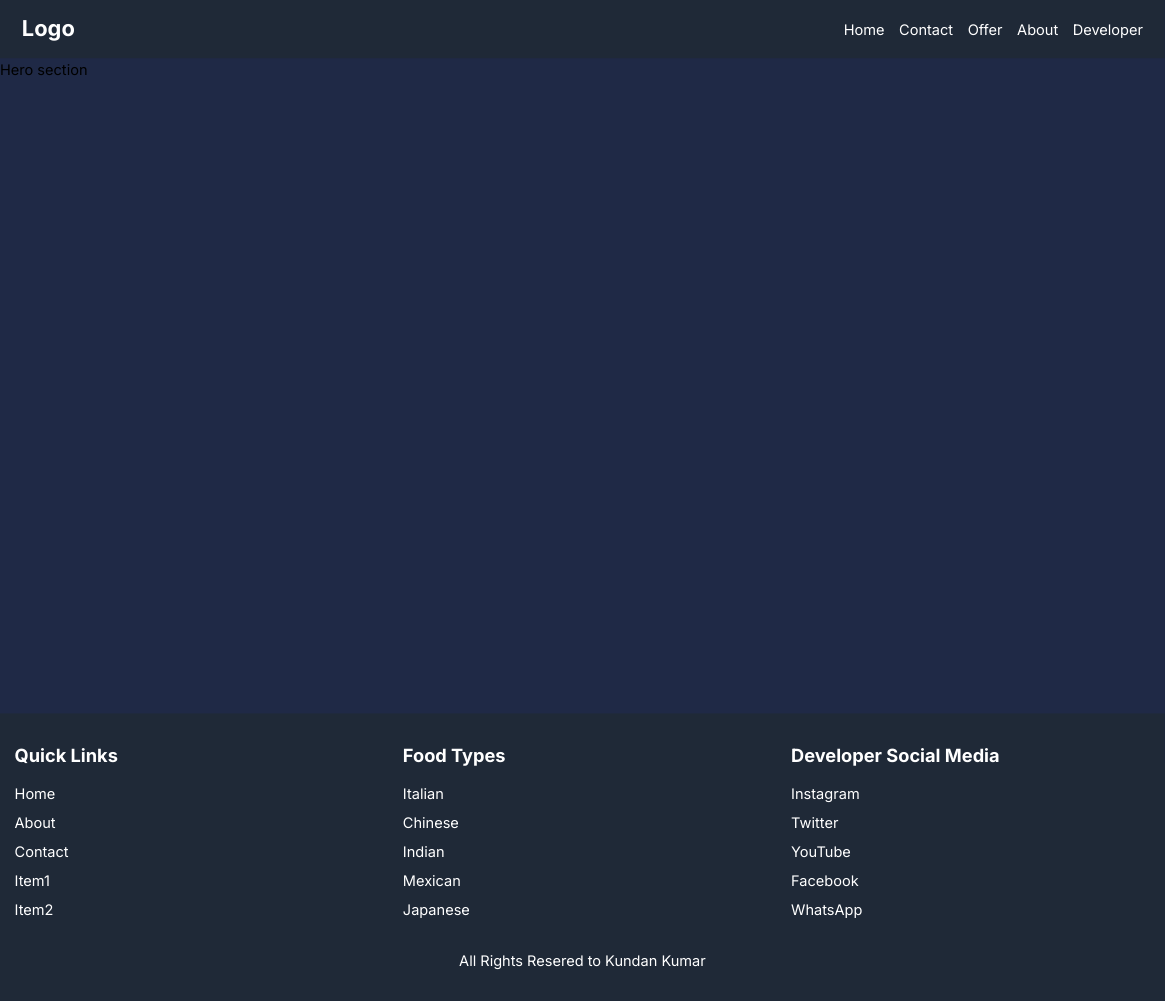
Repository: its-kundan/food-on-time
Page: /
The author's editor kept a copy of each file at every save. The page is drawn from the files as they stood at one save, then again after a run of saves.
The browser window is 1280 px wide. The pictures show the whole page, at 91% of full size.
The project was rebuilt for these pictures with package versions that can differ from the ones it lists, and the page was loaded fresh each time. The framework's server and built-in components were replaced by stand-ins that run in the browser. Also part of the build but not shown: next.config.mjs.

Above is the page before, as saved 2024-07-25 09:07:25.

### src/app/layout.js
import { Inter } from "next/font/google";
import "./globals.css";

import Footer from "./_components/Footer";
import Header from "./_components/Header";

const inter = Inter({ subsets: ["latin"] });

export const metadata = {
  title: "Create Next App",
  description: "Generated by create next app",
};

export default function RootLayout({ children }) {
  return (
    <html lang="en">
      {/* <Header/> */}
      <body className={inter.className}>{children}</body>
      {/* <Footer /> */}
    </html>
  );
}

### src/app/page.js
import Image from "next/image";
import Footer from "./_components/Footer";
import Header from "./_components/Header";

export default function Home() {
  return (
   <main className="bg-grey-800 ">
    <Header/>
    <div className="h-screen w-screen flex"> Hero section</div>
    <Footer/>


   </main>
  );
}

### src/app/globals.css
@tailwind base;
@tailwind components;
@tailwind utilities;
body{
  background-color: rgb(31, 41, 70); /* For background color */
  /* color: white; */
}
/*
:root {
  --foreground-rgb: 0, 0, 0;
  --background-start-rgb: 214, 219, 220;
  --background-end-rgb: 255, 255, 255;
}

@media (prefers-color-scheme: dark) {
  :root {
    --foreground-rgb: 255, 255, 255;
    --background-start-rgb: 0, 0, 0;
    --background-end-rgb: 0, 0, 0;
  }
}

body {
  color: rgb(var(--foreground-rgb));
  background: linear-gradient(
      to bottom,
      transparent,
      rgb(var(--background-end-rgb))
    )
    rgb(var(--background-start-rgb));
}

@layer utilities {
  .text-balance {
    text-wrap: balance;
  }
} */

### src/app/_components/Footer.jsx
import React from 'react';

const Footer = () => {
  return (
    <footer className="bg-gray-800 text-white py-8 mt-auto">
      <div className="container mx-auto px-4">
        <div className="grid grid-cols-1 md:grid-cols-3 gap-8">
          {/* First Column */}
          <div>
            <h3 className="text-xl font-bold mb-4">Quick Links</h3>
            <ul>
              <li className="mb-2"><a href="#">Home</a></li>
              <li className="mb-2"><a href="#">About</a></li>
              <li className="mb-2"><a href="#">Contact</a></li>
              <li className="mb-2"><a href="#">Item1</a></li>
              <li className="mb-2"><a href="#">Item2</a></li>
            </ul>
          </div>

          {/* Second Column */}
          <div>
            <h3 className="text-xl font-bold mb-4">Food Types</h3>
            <ul>
              <li className="mb-2"><a href="#">Italian</a></li>
              <li className="mb-2"><a href="#">Chinese</a></li>
              <li className="mb-2"><a href="#">Indian</a></li>
              <li className="mb-2"><a href="#">Mexican</a></li>
              <li className="mb-2"><a href="#">Japanese</a></li>
            </ul>
          </div>

          {/* Third Column */}
          <div>
            <h3 className="text-xl font-bold mb-4">Developer Social Media</h3>
            <ul>
              <li className="mb-2"><a href="#">Instagram</a></li>
              <li className="mb-2"><a href="#">Twitter</a></li>
              <li className="mb-2"><a href="#">YouTube</a></li>
              <li className="mb-2"><a href="#">Facebook</a></li>
              <li className="mb-2"><a href="#">WhatsApp</a></li>
            </ul>
          </div>
        </div>
        <br/>
        <p className='text-center '> All Rights Resered to Kundan Kumar</p>
      </div>
    </footer>
  );
};

export default Footer;

### src/app/_components/Header.jsx
"use client"
// components/Header.js
import Link from 'next/link';
import { useState } from 'react';

const Header = () => {
  const [isDropdownOpen, setIsDropdownOpen] = useState(false);

  return (
    <header className="bg-gray-800 text-white">
      <div className="container mx-auto flex justify-between items-center py-4 px-6">
        <div className="flex items-center">
          <Link href="/" className="text-2xl font-bold">
            Logo
          </Link>
        </div>
        <nav className="flex space-x-4">
          <Link href="/" className="hover:text-gray-400">
            Home
          </Link>
          <Link href="/contact" className="hover:text-gray-400">
            Contact
          </Link>
          <div className="relative">
            <button
              onClick={() => setIsDropdownOpen(!isDropdownOpen)}
              className="hover:text-gray-400"
            >
              Offer
            </button>
            {isDropdownOpen && (
              <div className="absolute bg-gray-700 text-white mt-2 rounded-md shadow-lg z-10">
                <ul>
                  <li><a href="#" className="block px-4 py-2 hover:bg-gray-600">Offer Item 1</a></li>
                  <li><a href="#" className="block px-4 py-2 hover:bg-gray-600">Offer Item 2</a></li>
                  <li><a href="#" className="block px-4 py-2 hover:bg-gray-600">Offer Item 3</a></li>
                  <li><a href="#" className="block px-4 py-2 hover:bg-gray-600">Offer Item 4</a></li>
                  <li><a href="#" className="block px-4 py-2 hover:bg-gray-600">Offer Item 5</a></li>
                </ul>
              </div>
            )}
          </div>
          <Link href="/about" className="hover:text-gray-400">
            About
          </Link>
          <Link href="/developer" className="hover:text-gray-400">
            Developer
          </Link>
        </nav>
      </div>
    </header>
  );
};

export default Header;

Loaded but not shown: tailwind.config.js (common file)

After the next 2 saves:
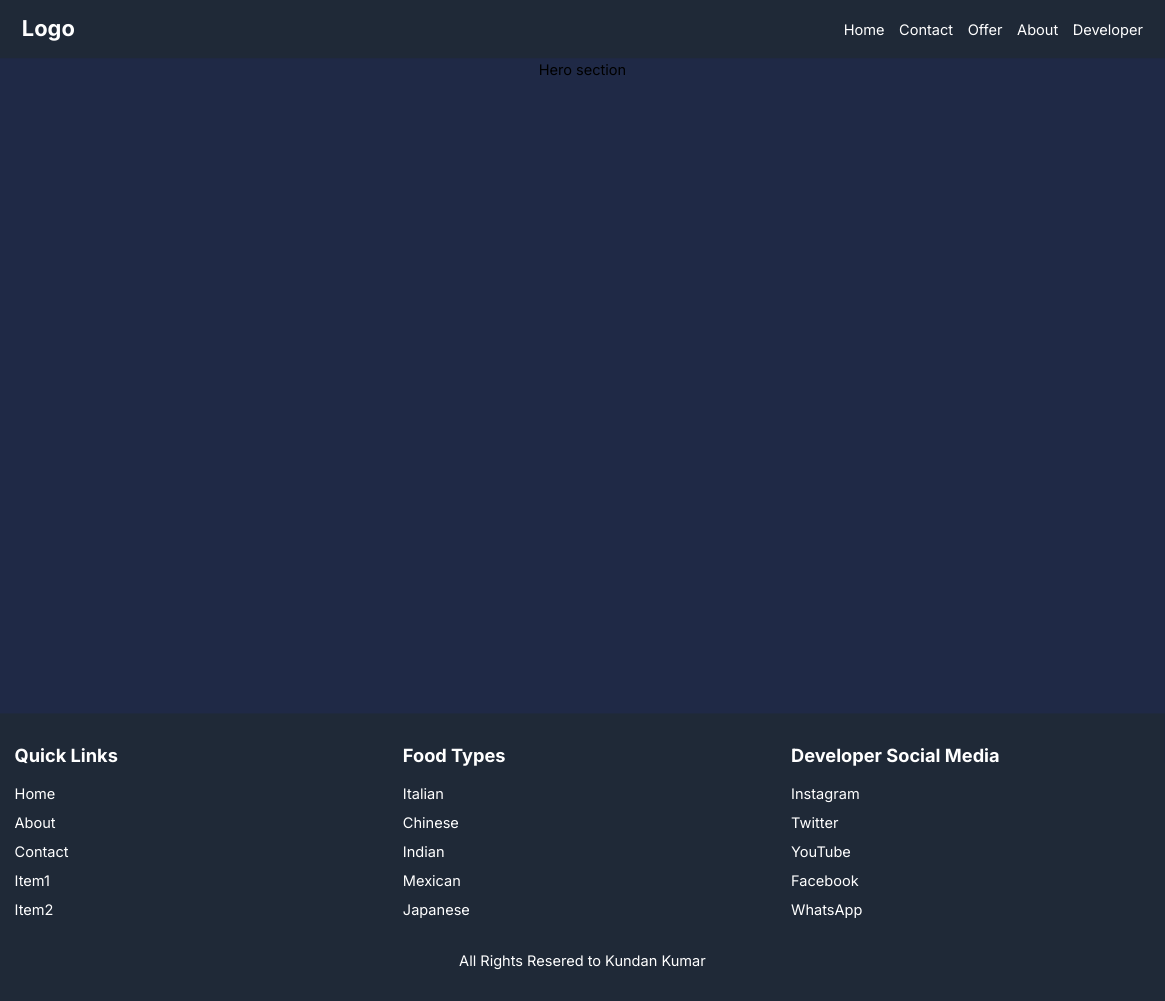
The 2 saves are shown as one change because they came seconds apart.
The last was saved 7 s later.
--- a/src/app/page.js
+++ b/src/app/page.js
@@ -6,7 +6,7 @@ export default function Home() {
   return (
    <main className="bg-grey-800 ">
     <Header/>
-    <div className="h-screen w-screen flex"> Hero section</div>
+    <div className="h-screen w-screen flex justify-center"> Hero section</div>
     <Footer/>
 
 
